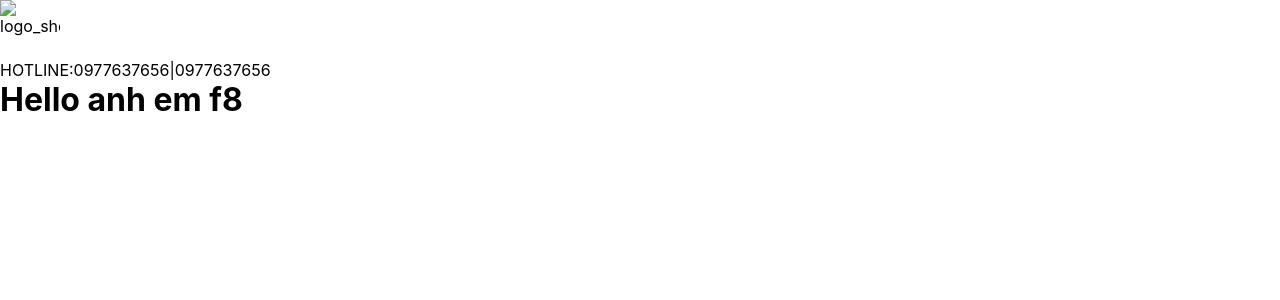
Repository: manhhieu120499/BadmintonShop
Page: /
These files come from the project's save history. The page is drawn as it stood at one moment and after the next save; the edit follows.
The browser window is 1280 px wide. The pictures show the whole page.
The project was rebuilt for these pictures with package versions that can differ from the ones it lists, and the page was loaded fresh each time.

Above is the page before, as saved 2024-08-18 17:38:33.

### src/App.js
import './App.css';
import { DefaultLayout } from './layouts/DefaultLayout';

function App() {
	return (
		<DefaultLayout>
			<div className="App">
				<h1>Hello anh em f8</h1>
			</div>
		</DefaultLayout>
	);
}

export default App;

### src/App.css
/*reset css*/
* {
	margin: 0;
	padding: 0;
	box-sizing: border-box;
}

### src/layouts/DefaultLayout/DefaultLayout.js
import classNames from 'classnames/bind';
import styles from './DefaultLayout.module.scss';
import { Header } from '../components/';

const cx = classNames.bind(styles);

function DefaultLayout({ children }) {
	return (
		<div className={cx('container')}>
			<Header />
			{children}
		</div>
	);
}

export default DefaultLayout;

### src/layouts/DefaultLayout/DefaultLayout.module.scss
.container {
	width: 100vw;
	min-height: 100vh;
	background-color: white;
}

### src/layouts/components/Header/Header.js
import classNames from 'classnames/bind';
import styles from './Header.module.scss';
import images from '../../../assets/images';

const cx = classNames.bind(styles);
function Header() {
	return (
		<div className={cx('wrapper')}>
			<img
				className={cx('logo-brand')}
				src={images.logo}
				alt="logo_shop"
			/>
			<div className={cx('header-content')}>
				<div className={cx('info-contact')}>
					{/** icon */}
					<p>
						HOTLINE:
						<span>0977637656</span>
						<span>|</span>
						<span>0977637656</span>
					</p>
				</div>
			</div>
		</div>
	);
}

export default Header;

### src/layouts/components/Header/Header.module.scss
.wrapper {
	height: 80px;
	width: 100%;
}

.logo-brand {
	width: 60px;
	height: 60px;
	display: inline-block;
}

### src/assets/images/index.js
const images = {
	logo: require('../images/logo.svg').default,
};

export default images;

### src/layouts/components/Search/Search.js
function Search() {
	return <div>Search</div>;
}

export default Search;

Loaded but not shown: public/index.html (common file); src/index.js (common file); src/index.css (common file); src/reportWebVitals.js (common file); src/layouts/DefaultLayout/index.js (common file); src/layouts/components/index.js (common file); src/layouts/components/Header/index.js (common file); src/layouts/components/Search/index.js (common file)

After the next save:
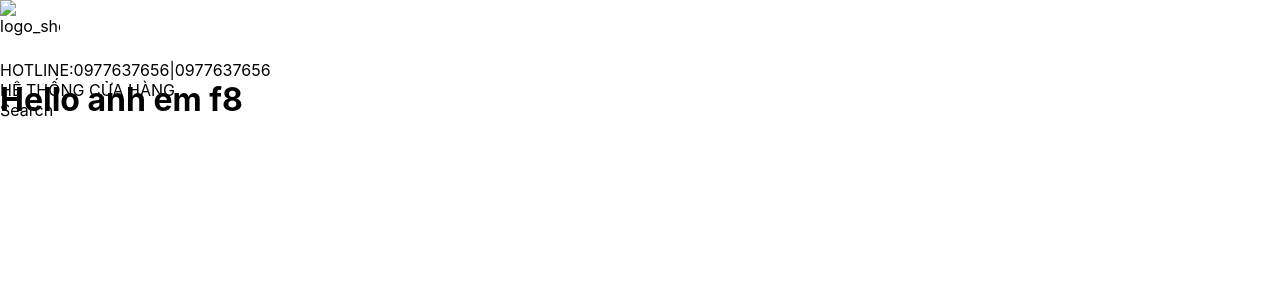
Saved 7 s later.
--- a/src/layouts/components/Header/Header.js
+++ b/src/layouts/components/Header/Header.js
@@ -1,7 +1,7 @@
 import classNames from 'classnames/bind';
 import styles from './Header.module.scss';
 import images from '../../../assets/images';
-
+import Search from '../Search';
 const cx = classNames.bind(styles);
 function Header() {
 	return (
@@ -21,6 +21,11 @@ function Header() {
 						<span>0977637656</span>
 					</p>
 				</div>
+				<div className={cx('other-company')}>
+					{/** icon */}
+					<p>HỆ THỐNG CỬA HÀNG</p>
+				</div>
+				<Search />
 			</div>
 		</div>
 	);
